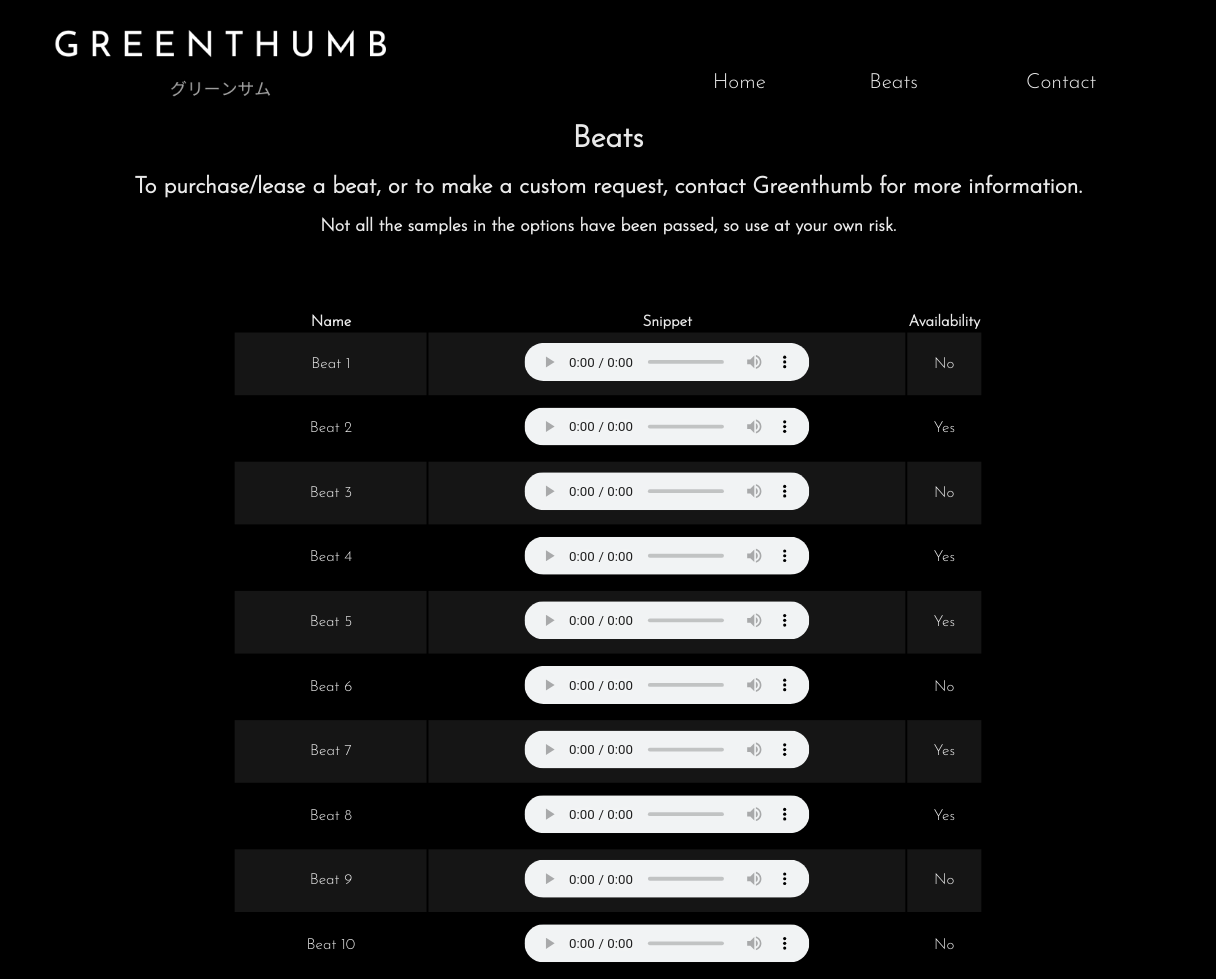
Repository: shayanabedi98/Greenthumb
Page: beats.html
These files come from the project's save history. The page is drawn as it stood at one moment and after a run of saves; the edit follows.
The browser window is 1280 px wide. The pictures show the whole page, at 95% of full size.

Above is the page before, as saved 2023-08-17 16:48:58.

### beats.html
<!DOCTYPE html>
<html lang="en">
<head>
    <meta charset="UTF-8">
    <meta name="viewport" content="width=device-width, initial-scale=1.0">
    <title>Beats</title>
    <link rel="stylesheet" href="styles.css">
    <link href="https://fonts.googleapis.com/css2?family=Josefin+Sans:wght@300&display=swap" rel="stylesheet">
</head>
<body>
    <div class="header">
        <header>
            <nav>
                <a href="index.html"><img src="resources/logo.png" alt="Greenthumb Logo"></a>
                <ul>
                    <li><a href="index.html">Home</a></li>
                    <li><a href="beats.html">Beats</a></li>
                    <li><a href="contact.html">Contact</a></li>
                </ul>
            </nav>
        </header>
    </div>
    <div class="beats">
        <h1>Beats</h1>
        <h2>To purchase/lease a beat, or to make a custom request, contact Greenthumb for more information.</h2>
        <h3>Not all the samples in the options have been passed, so use at your own risk.</h3>
        <table align="center">
            <tr>
                <th>Name</th>
                <th>Snippet</th>
                <th>Availability</th>
            </tr>
            <tr bgcolor="15, 15, 15">
                <td width="200">Beat 1</td>
                <td width="500"><audio controlsList="nodownload" controls src="resources/audio/Beat 1.mp3"></audio></td>
                <td>No</td>
            </tr>
            <tr>
                <td width="200">Beat 2</td>
                <td width="500"><audio controlsList="nodownload" controls src="resources/audio/Beat 2.mp3"></audio></td>
                <td>Yes</td>
            </tr>
            <tr bgcolor="15, 15, 15">
                <td width="200">Beat 3</td>
                <td width="500"><audio controlsList="nodownload" controls src="resources/audio/Beat 3.mp3"></audio></td>
                <td>No</td>
            </tr>
            <tr>
                <td width="200">Beat 4</td>
                <td width="500"><audio controlsList="nodownload" controls src="resources/audio/Beat 4.mp3"></audio></td>
                <td>Yes</td>
            </tr>
            <tr bgcolor="15, 15, 15">
                <td width="200">Beat 5</td>
                <td width="500"><audio controlsList="nodownload" controls src="resources/audio/Beat 5.mp3"></audio></td>
                <td>Yes</td>
            </tr>
            <tr>
                <td width="200">Beat 6</td>
                <td width="500"><audio controlsList="nodownload" controls src="resources/audio/Beat 6.mp3"></audio></td>
                <td>No</td>
            </tr>
            <tr bgcolor="15, 15, 15">
                <td width="200">Beat 7</td>
                <td width="500"><audio controlsList="nodownload" controls src="resources/audio/Beat 7.mp3"></audio></td>
                <td>Yes</td>
            </tr>
            <tr>
                <td width="200">Beat 8</td>
                <td width="500"><audio controlsList="nodownload" controls src="resources/audio/Beat 8.mp3"></audio></td>
                <td>Yes</td>
            </tr>
            <tr bgcolor="15, 15, 15">
                <td width="200">Beat 9</td>
                <td width="500"><audio controlsList="nodownload" controls src="resources/audio/Beat 9.mp3"></audio></td>
                <td>No</td>
            </tr>
            <tr>
                <td width="200">Beat 10</td>
                <td width="500"><audio controlsList="nodownload" controls src="resources/audio/Beat 10.mp3"></audio></td>
                <td>No</td>
            </tr>
        </table>
    </div>
</body>
</html>

### styles.css
/* All pages */

body {
    margin: 0;
    padding: 0;
    background-color: black;
    color: rgb(233, 233, 233);
    font-family: 'Josefin Sans', sans-serif;
}

nav {
    height: 110px;
}

nav img {
    height: 100px;
    position: absolute;
    transform: translateY(-10px);
}

nav ul {
    list-style: none;
    text-align: right;
    transform: translate(-100px, 0px);
}

nav li {
    display: inline-block;
    text-align: center;
    margin: 0 20px;
}

nav a {
    text-decoration: none;
    width: 40px;
    display: block;
    padding: 20px;
    margin: 0 20px;
    font-size: 22px;
    color: rgb(233, 233, 233);
}

nav a:hover {
    color: rgb(150, 150, 150) !important;
    transition: 0.2s;
    text-decoration: underline;
}

nav a:visited {
    text-decoration: none;
    color: rgb(233, 233, 233);
}

footer nav ul {
    text-align: center;
    transform: translateY(0);
}

/* Home page */

.banner {
    text-align: center;
    width: 100%;
    height: 600px;
}

.banner video {
    object-fit: cover;
    object-position: 50% 100%;
    height: 600px;
    width: 100%;
    opacity: 80%;
}

.banner-content {
    transform: translateY(-410px);
    width: 70%;
    margin: auto;
}

.banner-content h1:hover{
    font-size: 50px;
    color: rgb(179, 179, 179);
    transition: 2s;
}

.banner-content h1:not(:hover) {
    transition: 1s;
}

.banner-content h1 {
    font-size: 46px;
    opacity: 90%;
}

.banner-content h2 {
    font-size: 30px;
    opacity: 90%;
}

.container {
    text-align: center;
    background-color: rgb(0, 0, 0);
    padding: 25px 0 60px 0;
}

.card {
    text-align: center;
    display: inline-block;
    background-color: rgb(19, 19, 19);
    border-radius: 5px;
    width: 350px;
    padding-top: 15px;
    height: 380px;
    margin: 0 20px;
    border: 2px solid rgb(19, 19, 19);
    box-shadow: 0 0 3px 0 rgb(82, 82, 82);
}

.container h3 {
    font-size: 32px;
}

.card img {
    height: 300px;
    width: 300px;
}

.card:hover {
    border: 2px solid rgba(85, 85, 85, 0.5);
    background-color: black;
    transition: ease-in-out 0.6s;
}

.card:not(:hover) {
    transition: ease-in-out 0.3s;
}

.listen {
    text-align: center;
    background-color: rgb(22, 22, 22);
}

.listen h5 {
    font-size: 30px;
}

.listen-video {
    display: inline-block;
    width: 49%;
    height: 70%;
    vertical-align: top;
    margin: 50px auto;
}

.listen-video video {
    width: 40%;
    height: 100%;
    box-shadow: 0 0 10px 0 black;
}

.listen-video video:hover {
    box-shadow: 0 0 20px 0 rgb(59, 59, 59);
    border-radius: 50%;
    transition: 1s;
}

.listen-video video:not(:hover) {
    transition: 1s;
}

.listen-content {
    display: inline-block;
    width: 50%;
    text-align: center;
    vertical-align: top;
    margin: 50px auto;
}

.listen-content img {
    height: 100px;
    display: block;
}

.listen-content h5 {
    margin-top: 0;
}

.listen-content p {
    font-size: 26px;
    width: 80%;
    margin-left: 10%;
    line-height: 30px;
}

#spotify {
    height: 100px;
    display: inline-block;
    transform: translateY(16px);
}

#apple {
    height: 70px;
    display: inline-block;
}

.song-link {
    margin: 0 20px;
}

/* Beats page */
.beats {
    text-align: center;
}

.beats h3 {
    margin-bottom: 80px;
}

audio {
    height: 40px;
    padding: 10px;
}
/* Contact page */

After the next 2 saves:
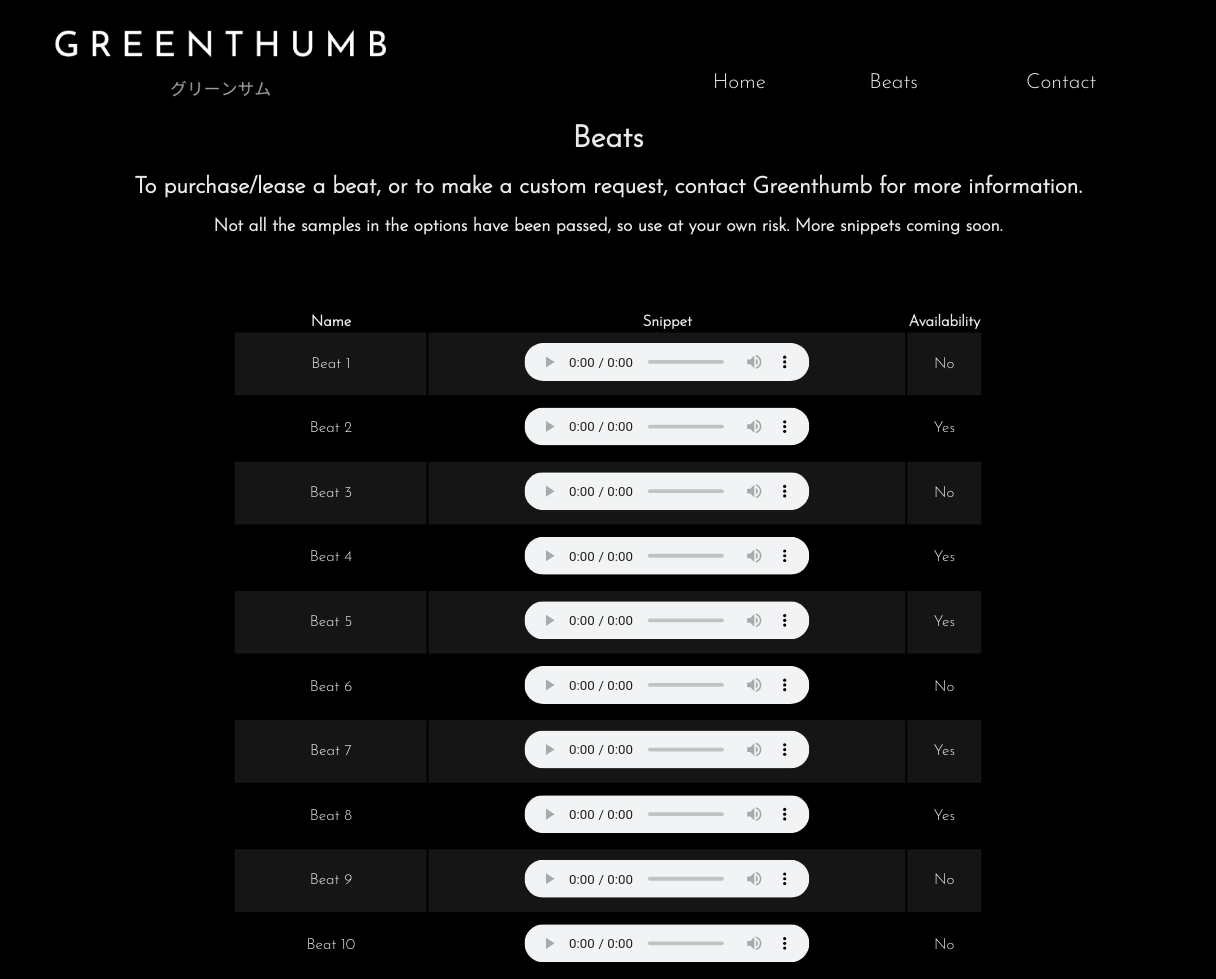
The 2 saves are shown as one change because they came seconds apart.
The last was saved 50 s later.
--- a/beats.html
+++ b/beats.html
@@ -23,7 +23,7 @@
     <div class="beats">
         <h1>Beats</h1>
         <h2>To purchase/lease a beat, or to make a custom request, contact Greenthumb for more information.</h2>
-        <h3>Not all the samples in the options have been passed, so use at your own risk.</h3>
+        <h3>Not all the samples in the options have been passed, so use at your own risk. More snippets coming soon.</h3>
         <table align="center">
             <tr>
                 <th>Name</th>
